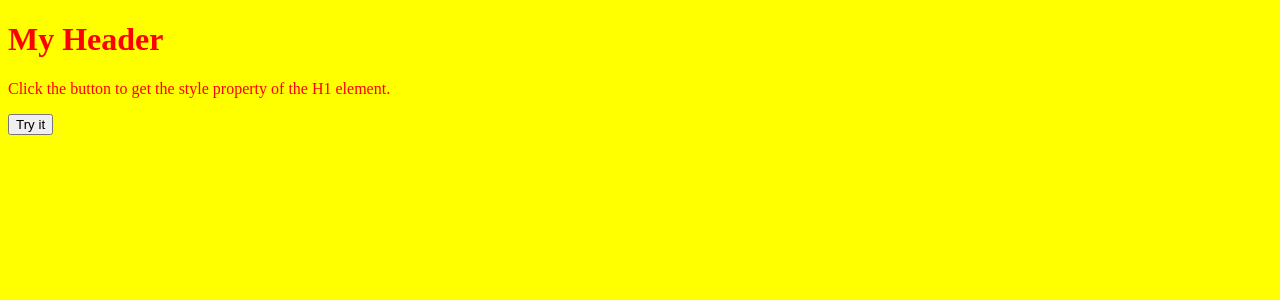
Repository: neem693/workspace
Page: studyhtml5/WebContent/ch05/practice_dom/practice_38.html
The author's editor kept a copy of each file at every save. The page is drawn from the files as they stood at one save, then again after the next save.
The browser window is 1280 px wide. The pictures show the whole page.

Above is the page before, as saved 2018-03-15 10:00:31.

### studyhtml5/WebContent/ch05/practice_dom/practice_38.html
<!DOCTYPE html>
<html>
<head>
<meta charset="UTF-8">
<meta name="viewport"
	content="width=device-width,initial-scale = 1.0" />
<title>Insert title here</title>

<style>
body {
	background-color: yellow;
	color: red;
}
</style>

</head>
<body>

	<h1 id="myH1" style="color: red">My Header</h1>

	<p>Click the button to get the style property of the H1
		element.</p>


	<button onclick="myFunction()">Try it</button>

	<p id="demo"></p>

	<script>
        function myFunction() {
            var x = document.getElementsByTagName("STYLE")[0];
            document.getElementById("demo").innerHTML = x.innerHTML;
        }
    </script>


</body>
</html>

After the next save:
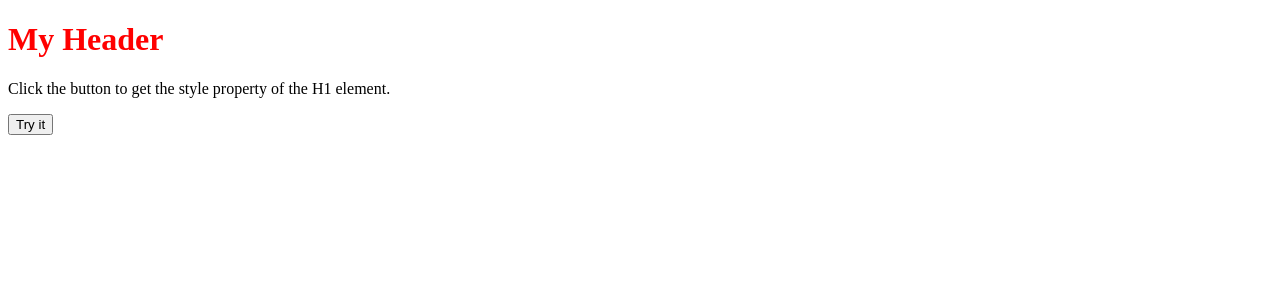
Saved 10 s later.
--- a/studyhtml5/WebContent/ch05/practice_dom/practice_38.html
+++ b/studyhtml5/WebContent/ch05/practice_dom/practice_38.html
@@ -6,12 +6,7 @@
 	content="width=device-width,initial-scale = 1.0" />
 <title>Insert title here</title>
 
-<style>
-body {
-	background-color: yellow;
-	color: red;
-}
-</style>
+
 
 </head>
 <body>
